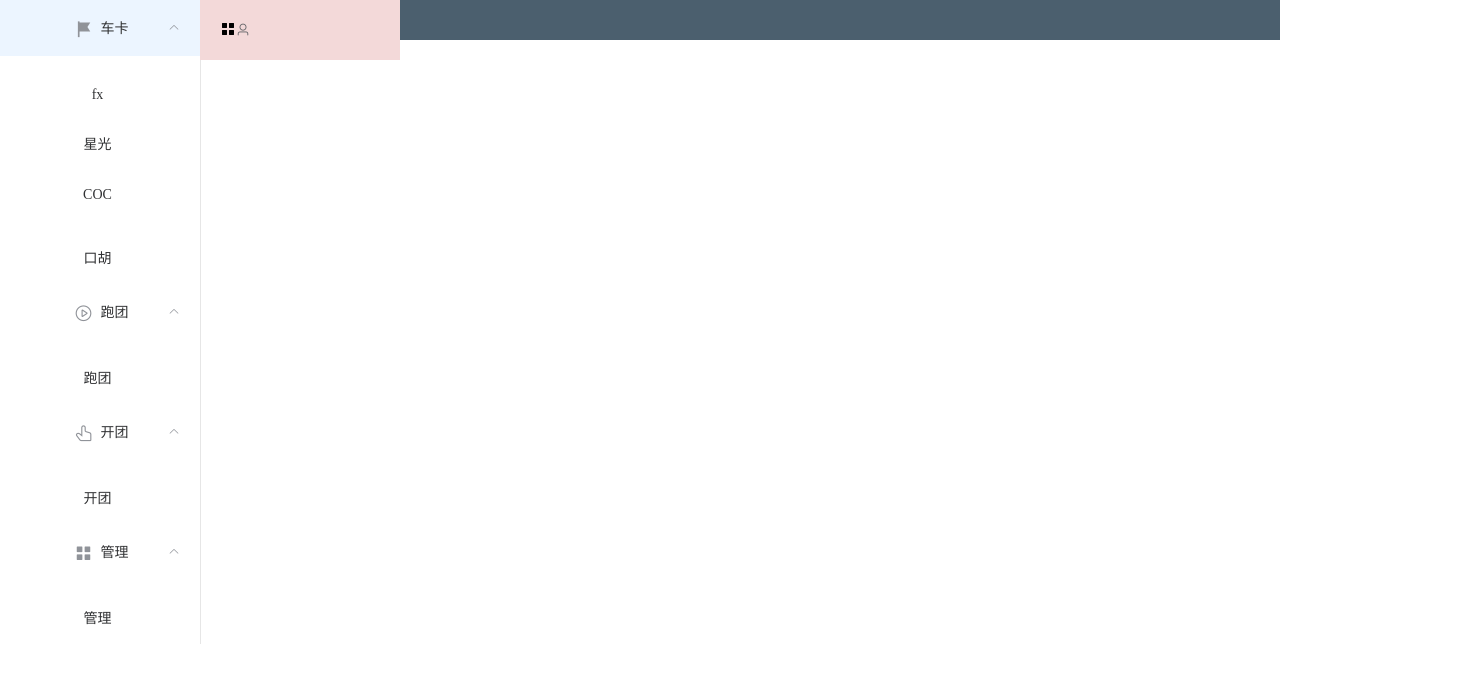
Repository: redlout/ptgkd
Page: /
An editor plug-in stored every save of this project. The page is shown before and after the next save, followed by the edit.
The browser window is 1280 px wide. The page is 1280 px wide, then 1480 px, so the pictures cover 1480 px, including what lies to the right of the window. The pictures show the whole page.
The project was rebuilt for these pictures with package versions that can differ from the ones it lists, and the page was loaded fresh each time. Also part of the build but not shown: src/mock/mock.js, src/views/Login.vue, src/components/SvgIcon/index.vue.

Above is the page before, as saved 2019-09-02 20:53:25.

### index.html
<!DOCTYPE html>
<html>
  <head>
    <meta charset="utf-8">
    <meta name="viewport" content="width=device-width,initial-scale=1.0">
    <title>ptgkd</title>
  </head>
  <body>
    <div id="app"></div>
    <!-- built files will be auto injected -->
  </body>
</html>

<style>
body{
  margin:0;
  padding:0;
}
</style>

### src/main.js
// import '@/styles/index.scss'
// import 'normalize.css/normalize.css'
import Vue from 'vue'
import App from './App'
import router from './router'

import ElementUI from 'element-ui'
import 'element-ui/lib/theme-chalk/index.css'
import api from './http/index'
import './icons'
import store from './store'

Vue.config.productionTip = false
Vue.use(ElementUI);
Vue.use(api);

// Vue.use(api)
/* eslint-disable no-new */
new Vue({
  el: '#app',
  router,
  store,
  render: h => h(App)
})

### src/router/index.js
import Vue from 'vue'
import Router from 'vue-router'
import HelloWorld from '@/views/HelloWorld'
import Login from '@/views/Login'

Vue.use(Router)

const router = new Router({
  routes: [
    {
      path: '/',
      name: 'HelloWorld',
      component: HelloWorld
    },
    {
      path: '/login',
      name: 'Login',
      component: Login
    }
  ]
})

export default router

### src/http/index.js
// 导入所有接口
import apis from './api'

const install = Vue => {
    if (install.installed)
        return;

    install.installed = true;

    Object.defineProperties(Vue.prototype, {
        // 注意，此处挂载在 Vue 原型的 $api 对象上
        $api: {
            get() {
                return apis
            }
        }
    })
}

export default install

### src/icons/index.js
import Vue from 'vue'
import SvgIcon from '@/components/SvgIcon'// svg component

// register globally
Vue.component('svg-icon', SvgIcon)

const req = require.context('./svg', false, /\.svg$/)
const requireAll = requireContext => requireContext.keys().map(requireContext)
requireAll(req)

### src/store/index.js
import Vue from 'vue'
import vuex from 'vuex'

Vue.use(vuex);
import collapse from './modules/collapse.js'
const store = new vuex.Store({
    modules: {
        collapseState: collapse,
        // menu: mymenu
        // 其他
    }
})

export default store

### src/views/HelloWorld.vue
<template>
<div class="container" >
  <el-container style="height: 100%;" direction="vertical">
    <AsideBar></AsideBar>
    <el-container>
      <HeadBar></HeadBar>
      <el-main></el-main>
    </el-container>
  </el-container>
</div>
</template>

<script>
import AsideBar from "../components/AsideBar/index";
import HeadBar from "../components/HeadBar/index";
export default {
  name: "HelloWorld",
  data() {
    return {
      isCollapse: false
    };
  },
  components: {
    AsideBar,
    HeadBar
  },
  methods: {
    logout: function() {
      var _this = this;
      this.$confirm("确认退出吗?", "提示", {
        type: "warning"
      }).then(() => {
        // sessionStorage.removeItem("user");
        this.$router.push("/login");
      });
    }
  }
};
</script>

<style scoped>
  .container {
    position:absolute;
    top: 0px;
    left: 0px;
    right: 0px;
    background: #4b5f6e;
  }
</style>

### src/http/api.js
import axios from './axios'

const login = data =>{
    return axios({
        url: '/login',
        method: 'post',
        data
    })
}

const logout = () =>{
    return axios({

    })
}

export default{
    login,
    logout
}

### src/store/modules/collapse.js
export default {
    state: {
        collapse:false  // 导航栏收缩状态
    },
    getters: {
        collapse(state){// 对应着上面state
            return collapse;
        }
    },
    mutations: {
        collapse(state){  // 改变收缩状态
            state.collapse = !state.collapse;
        }
    },
    actions: {

    }
}

### src/components/AsideBar/index.vue
<template>
  <el-aside width="initial" style="background-color: rgb(238, 241, 246) ">
    <el-menu
      :default-openeds="['1','2','3','4']"
      class="el-menu-vertical-demo"
      :collapse="$store.state.collapseState.collapse"
      @open="handleopen"
      @close="handleclose"
      @select="handleselect"
    >
      <el-submenu index="1">
        <template slot="title">
          <i class="el-icon-s-flag"></i>
          <span slot="title">车卡</span>
        </template>
        <el-menu-item-group>
          <el-menu-item index="1-1">fx</el-menu-item>
          <el-menu-item index="1-2">星光</el-menu-item>
          <el-menu-item index="1-3">COC</el-menu-item>
        </el-menu-item-group>
        <el-menu-item-group>
          <el-menu-item index="1-1">口胡</el-menu-item>
        </el-menu-item-group>
      </el-submenu>
      <el-submenu index="2">
        <template slot="title">
          <i class="el-icon-video-play"></i>
          <span slot="title">跑团</span>
        </template>
        <el-menu-item-group>
          <el-menu-item index="2-1">跑团</el-menu-item>
        </el-menu-item-group>
      </el-submenu>
      <el-submenu index="3">
        <template slot="title">
          <i class="el-icon-thumb"></i>
          <span slot="title">开团</span>
        </template>
        <el-menu-item-group>
          <el-menu-item index="3-1">开团</el-menu-item>
        </el-menu-item-group>
      </el-submenu>
      <el-submenu index="4">
        <template slot="title">
          <i class="el-icon-menu"></i>
          <span slot="title">管理</span>
        </template>
        <el-menu-item-group>
          <el-menu-item index="3-1">管理</el-menu-item>
        </el-menu-item-group>
      </el-submenu>
    </el-menu>
  </el-aside>
</template>


<script>
export default {
  name: "AsideBar",
  data() {
    return {
      isCollapse: false,
      logo: ""
    };
  },
  methods: {
    handleopen() {
      console.log("handleopen");
    },
    handleclose() {
      console.log("handleclose");
    },
    handleselect(a, b) {
      console.log("handleselect");
    }
  }
};
</script>

<style>
.el-aside {
  background-color: #d3dce6;
  color: #333;
  text-align: center;
  line-height: 10px;
  position: absolute;
}
  .el-menu-vertical-demo:not(.el-menu--collapse) {
    width: 200px;
    min-height: 400px;
  }

    .menu-bar-width {
    width: 200px;
  }
  .menu-bar-collapse-width {
    width: 65px;
  }
</style>

### src/components/HeadBar/index.vue
<template>
  <el-header :class="$store.state.collapseState.collapse?'menu-bar-collapse-width':'menu-bar-width'">
    <div >
    <span @click="Oncollapse">
      <i class="el-icon-menu"></i>
    </span>

    <el-dropdown>
      <i class="el-icon-user" style="margin-right: 15px"></i>
      <el-dropdown-menu slot="dropdown">
        <el-dropdown-item>个人信息</el-dropdown-item>
        <el-dropdown-item>管理</el-dropdown-item>
        <!-- <el-dropdown-item divided @click="logout">登出</el-dropdown-item> -->
      </el-dropdown-menu>
    </el-dropdown>
    </div>
  </el-header>
  <!-- <el-main></el-main> -->
</template>

<script>
export default {
  data(){
    return{
      isCollapse:false,
    };
  },
  methods:{
    Oncollapse: function(){
      this.$store.commit('collapse');
    }
  }
}
</script>

<style>
.el-header {
  position: absolute;
  background-color: rgb(243, 217, 217);
  left: 200px;
  right: 0px;
  height: 60px;
  line-height: 60px;
}
  .collapse-switcher {
    width: 40px;
    float: left;
    cursor: pointer;
    border-color: rgba(111, 123, 131, 0.8);
    border-left-width: 1px;
    border-left-style: solid;
    border-right-width: 1px;
    border-right-style: solid;
    color: white;
    background: #504e6180;
  }
    .menu-bar-width{
    left: 200px;
  }
    .menu-bar-collapse-width{
    left: 65px;
  }
</style>

### src/http/axios.js
import axios from 'axios';
import qs from 'qs';
import Cookies from "js-cookie";
import router from "@/router"

export default function $axios(options){
    return new Promise((resolve, reject) => {
      console.log(options)
        const instance = axios.create({
            baseURL: 'http://localhost:8080/',
            headers: {'Content-Type': 'application/json;charset=UTF-8'},
            timeout: '10000',
            transformResponse: [function (data){
            }]
        })
        // request 拦截器
        instance.interceptors.request.use(function(config){
                let token = Cookies.get('token')
                console.log(config)
                if(1){
                    config.headers.accessToken = 111
                }else{
                    //重定向到登陆页面
                    router.push('/login')
                }
                if(config.method === 'post'){
                    if(config.data.__proto__ === FormData.prototype
                        || config.url.endsWith('path')
                        || config.url.endsWith('mark')
                        || config.url.endsWith('patchs')
                        ){
                        }else{
                          config.data = qs.stringify(config.data)
                          console.log(config.data)
                        }
                    }
                    return config
                },
                function (error) {
                // 请求超时
                console.log('request:', error)
                if(error.code === 'ECONNABORTED' && error.message.indexOf('timeout') !== -1){
                    console.log('timeout 请求超时')
                }
                // 重定向到错误页面
                const errorInfo = error.response
                console.log(errorInfo)
                if(errorInfo){
                    error = errorInfo.data
                    const errorStatus = errorInfo.statue; // 404 403 500 ...
                    router.push({
                        path:  `/error/${errorStatus}`
                    })
                }
                return Promise.reject(error)
            }
        )
        console.log(11111111111111)
        instance.interceptors.response.use(function(response){
                let data;
                if(response.data == undefined){
                  data = JSON.parse(response.request.responseText)
                }else{
                    data = response.data
                }

                //根据返回的code 来进行不同的处理
                switch(data.rc){
                    case 1:
                        console.log(data.desc)
                        break;
                    case 0:
                        store.commit('changeState')
                    default:

                }
                return data
            },
            function(err){
              console.log(999999)
                if (err && err.response) {
                    switch (err.response.status) {
                      case 400:
                        err.message = '请求错误'
                        break
                      case 401:
                        err.message = '未授权，请登录'
                        break
                      case 403:
                        err.message = '拒绝访问'
                        break
                      case 404:
                        err.message = `请求地址出错: ${err.response.config.url}`
                        break
                      case 408:
                        err.message = '请求超时'
                        break
                      case 500:
                        err.message = '服务器内部错误'
                        break
                      case 501:
                        err.message = '服务未实现'
                        break
                      case 502:
                        err.message = '网关错误'
                        break
                      case 503:
                        err.message = '服务不可用'
                        break
                      case 504:
                        err.message = '网关超时'
                        break
                      case 505:
                        err.message = 'HTTP版本不受支持'
                        break
                      default:
                    }
                  }
                  console.error(err)
                  return Promise.reject(err)
            }
        )
        //请求处理
        instance(options).then(res => {
          console.log(2222222)
            resolve(res)
            return false
        }).catch(error => {
          console.log(33333)
            reject(error)
        })
        console.log(4444)
    })
}

Loaded but not shown: src/App.vue (common file)

After the next save:
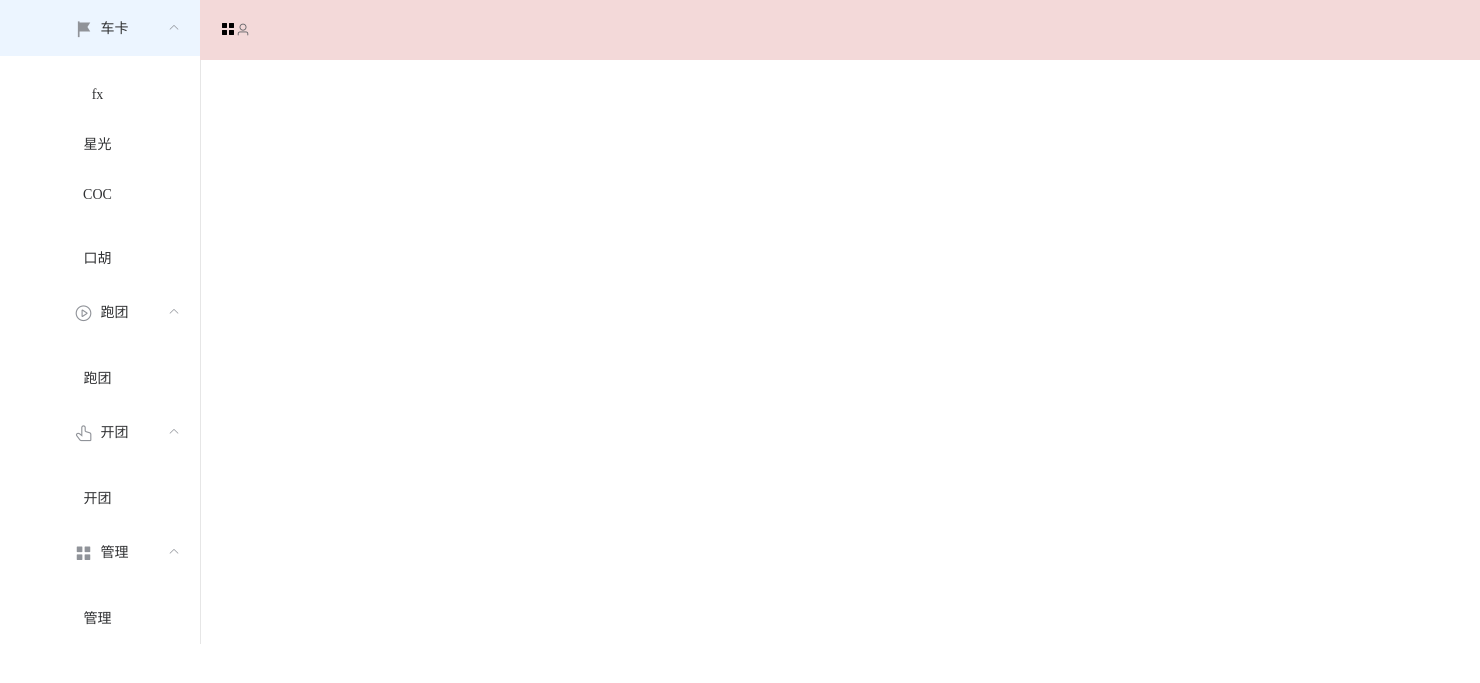
Saved 116 s later.
--- a/src/components/HeadBar/index.vue
+++ b/src/components/HeadBar/index.vue
@@ -41,6 +41,7 @@ export default {
   right: 0px;
   height: 60px;
   line-height: 60px;
+  width: 100%
 }
   .collapse-switcher {
     width: 40px;
